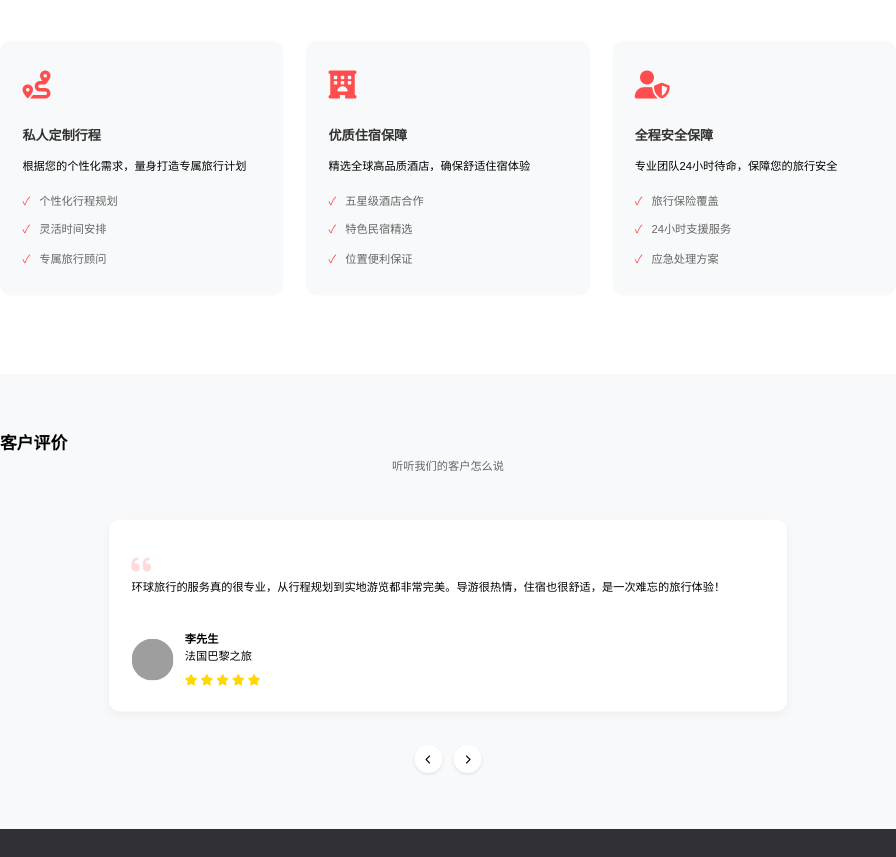
Repository: huang-heavenly-Emperor/travel_1
Page: pages/about.html
An editor plug-in stored every save of this project. The page is shown before and after the next save, followed by the edit.
The browser window is 1280 px wide. The pictures show the part of the page from y = 3726 to 5646 px (the page is 4950 px tall before and 5646 px after), at 70% of full size.
Pictures or frames that could not be fetched are drawn as grey boxes. A picture or video elsewhere on the page could not be fetched, so the positions and the page height are approximate.

Above is the page before, as saved 2024-11-18 02:35:48.

### pages/about.html
<!DOCTYPE html>
<html lang="zh-CN">
<head>
    <meta charset="UTF-8">
    <meta name="viewport" content="width=device-width, initial-scale=1.0">
    <meta name="description" content="环球旅行 - 专业的旅游服务提供商，为您提供全球旅游攻略、行程规划和预订服务">
    <meta name="keywords" content="环球旅行,旅游,旅行社,旅游攻略,旅游预订">
    <meta name="author" content="环球旅行">

    <!-- 网站图标 -->
    <link rel="icon" href="../assets/images/favicon.ico" type="image/x-icon">
    <link rel="shortcut icon" href="../assets/images/favicon.ico" type="image/x-icon">

    <!-- 社交媒体分享信息 -->
    <meta property="og:title" content="关于我们 - 环球旅行">
    <meta property="og:description" content="了解环球旅行的故事和我们的服务理念">
    <meta property="og:image" content="../assets/images/about/share-image.jpg">
    <meta property="og:url" content="https://yourwebsite.com/about">

    <!-- CSS 文件引入 -->
    <link rel="stylesheet" href="../css/style.css">
    <link rel="stylesheet" href="../css/animations.css">
    <link rel="stylesheet" href="../css/responsive.css">
    <link rel="stylesheet" href="../css/about.css">

    <!-- 字体图标 -->
    <link rel="stylesheet" href="https://cdnjs.cloudflare.com/ajax/libs/font-awesome/6.0.0/css/all.min.css">
</head>
<body>
    <!-- 导航栏 -->
    <nav class="main-nav">
        <!-- 与首页相同的导航结构 -->
    </nav>

    <!-- 页面头部 -->
    <header class="about-header">
        <div class="header-content">
            <h1>关于我们</h1>
            <p>探索世界，创造回忆</p>
        </div>
    </header>

    <!-- 公司简介 -->
    <section class="company-intro">
        <div class="container">
            <div class="intro-content">
                <h2>我们的故事</h2>
                <p>环球旅行成立于2010年，致力于为旅行者提供最优质的旅游体验。十余年来，我们始终坚持"让旅行更美好"的理念，服务数十万旅客游览世界各地。</p>
            </div>
            <div class="intro-image">
                <img src="../assets/images/about/company.jpg" alt="公司简介">
            </div>
        </div>
    </section>

    <!-- 核心价值观 -->
    <section class="core-values">
        <div class="container">
            <h2>我们的价值观</h2>
            <div class="values-grid">
                <div class="value-card">
                    <i class="fas fa-heart"></i>
                    <h3>专业服务</h3>
                    <p>提供专业的旅游规划和贴心的服务</p>
                </div>
                <div class="value-card">
                    <i class="fas fa-shield-alt"></i>
                    <h3>安全保障</h3>
                    <p>确保旅客的安全是我们的首要任务</p>
                </div>
                <div class="value-card">
                    <i class="fas fa-star"></i>
                    <h3>品质保证</h3>
                    <p>精选优质旅游路线和住宿服务</p>
                </div>
            </div>
        </div>
    </section>

    <!-- 团队介绍 -->
    <section class="team-section">
        <div class="container">
            <h2>我们的团队</h2>
            <div class="team-grid">
                <div class="team-member">
                    <div class="member-image">
                        <img
                            src="data:[embedded picture, 78 characters]"
                            data-src="../assets/images/team/member1.jpg"
                            alt="张明 - CEO"
                            class="lazy-load"
                        >
                    </div>
                    <div class="member-info">
                        <h3>张明</h3>
                        <p>创始人 & CEO</p>
                    </div>
                </div>
                <!-- 更多团队成员... -->
            </div>
        </div>
    </section>

    <!-- 公司基本信息部分 -->
    <section class="company-info">
        <div class="container">
            <div class="info-grid">
                <div class="info-card">
                    <i class="fas fa-building"></i>
                    <h3>公司规模</h3>
                    <p>员工200+</p>
                    <p>分支机构20+</p>
                </div>
                <div class="info-card">
                    <i class="fas fa-globe"></i>
                    <h3>服务范围</h3>
                    <p>覆盖50+国家</p>
                    <p>200+旅游目的地</p>
                </div>
                <div class="info-card">
                    <i class="fas fa-users"></i>
                    <h3>服务客户</h3>
                    <p>年服务10万+</p>
                    <p>满意度98%</p>
                </div>
                <div class="info-card">
                    <i class="fas fa-award"></i>
                    <h3>荣誉资质</h3>
                    <p>国家级认证</p>
                    <p>行业领先品牌</p>
                </div>
            </div>
        </div>
    </section>

    <!-- 发展历程部分 -->
    <section class="history-timeline">
        <div class="container">
            <h2>发展历程</h2>
            <div class="timeline">
                <div class="timeline-item">
                    <div class="year">2010</div>
                    <div class="content">
                        <h3>公司成立</h3>
                        <p>环球旅行正式成立，开始提供旅游服务</p>
                    </div>
                </div>
                <div class="timeline-item">
                    <div class="year">2015</div>
                    <div class="content">
                        <h3>业务扩展</h3>
                        <p>拓展至20个国家，成为行业领先品牌</p>
                    </div>
                </div>
                <div class="timeline-item">
                    <div class="year">2018</div>
                    <div class="content">
                        <h3>技术创新</h3>
                        <p>推出在线预订平台，提供全方位数字化服务</p>
                    </div>
                </div>
                <div class="timeline-item">
                    <div class="year">2023</div>
                    <div class="content">
                        <h3>全球布局</h3>
                        <p>服务范围扩展至50+国家，年服务客户突破10万</p>
                    </div>
                </div>
            </div>
        </div>
    </section>

    <!-- 服务特色部分 -->
    <section class="service-features">
        <div class="container">
            <h2>我们的服务特色</h2>
            <p class="section-desc">为您提供专业、贴心、全方位的旅行服务</p>

            <div class="features-grid">
                <div class="feature-card">
                    <div class="feature-icon">
                        <i class="fas fa-route"></i>
                    </div>
                    <div class="feature-content">
                        <h3>私人定制行程</h3>
                        <p>根据您的个性化需求，量身打造专属旅行计划</p>
                        <ul class="feature-list">
                            <li>个性化行程规划</li>
                            <li>灵活时间安排</li>
                            <li>专属旅行顾问</li>
                        </ul>
                    </div>
                </div>

                <div class="feature-card">
                    <div class="feature-icon">
                        <i class="fas fa-hotel"></i>
                    </div>
                    <div class="feature-content">
                        <h3>优质住宿保障</h3>
                        <p>精选全球高品质酒店，确保舒适住宿体验</p>
                        <ul class="feature-list">
                            <li>五星级酒店合作</li>
                            <li>特色民宿精选</li>
                            <li>位置便利保证</li>
                        </ul>
                    </div>
                </div>

                <div class="feature-card">
                    <div class="feature-icon">
                        <i class="fas fa-user-shield"></i>
                    </div>
                    <div class="feature-content">
                        <h3>全程安全保障</h3>
                        <p>专业团队24小时待命，保障您的旅行安全</p>
                        <ul class="feature-list">
                            <li>旅行保险覆盖</li>
                            <li>24小时支援服务</li>
                            <li>应急处理方案</li>
                        </ul>
                    </div>
                </div>
            </div>
        </div>
    </section>

    <!-- 客户评价部分 -->
    <section class="testimonials">
        <div class="container">
            <h2>客户评价</h2>
            <p class="section-desc">听听我们的客户怎么说</p>

            <div class="testimonials-slider">
                <div class="testimonial-card">
                    <div class="testimonial-content">
                        <i class="fas fa-quote-left"></i>
                        <p>环球旅行的服务真的很专业，从行程规划到实地游览都非常完美。导游很热情，住宿也很舒适，是一次难忘的旅行体验！</p>
                    </div>
                    <div class="testimonial-author">
                        <img src="../assets/images/testimonials/user1.jpg" alt="李先生">
                        <div class="author-info">
                            <h4>李先生</h4>
                            <p>法国巴黎之旅</p>
                            <div class="rating">
                                <i class="fas fa-star"></i>
                                <i class="fas fa-star"></i>
                                <i class="fas fa-star"></i>
                                <i class="fas fa-star"></i>
                                <i class="fas fa-star"></i>
                            </div>
                        </div>
                    </div>
                </div>

                <!-- 更多评价卡片 -->
            </div>

            <!-- 滑动控制按钮 -->
            <div class="slider-controls">
                <button class="prev-btn"><i class="fas fa-chevron-left"></i></button>
                <button class="next-btn"><i class="fas fa-chevron-right"></i></button>
            </div>
        </div>
    </section>

    <!-- 页脚 -->
    <footer class="footer">
        <!-- 与首页相同的页脚结构 -->
    </footer>
</body>
</html>

### css/style.css
/* 基础样式 */
* {
    margin: 0;
    padding: 0;
    box-sizing: border-box;
}

body {
    font-family: 'Microsoft YaHei', sans-serif;
    line-height: 1.6;
}

/* 导航栏样式 */
.main-nav {
    position: fixed;
    top: 0;
    left: 0;
    width: 100%;
    background: #fff;
    padding: 1rem 5%;
    display: flex;
    justify-content: space-between;
    align-items: center;
    z-index: 1000;
    box-shadow: 0 2px 5px rgba(0,0,0,0.1);
}

.nav-links {
    display: flex;
    list-style: none;
    gap: 2rem;
}

.nav-links a {
    text-decoration: none;
    color: #333;
    font-weight: 500;
    transition: color 0.3s ease;
}

/* 轮播图样式 */
.hero-slider {
    position: relative;
    height: 70vh;
    overflow: hidden;
}

.slide {
    position: relative;
    height: 100%;
}

.slide img {
    width: 100%;
    height: 100%;
    object-fit: cover;
}

/* 特色目的地样式 */
.featured-destinations {
  padding: 4rem 5%;
}

.section-header {
  text-align: center;
  margin-bottom: 3rem;
}

.destination-grid {
  display: grid;
  grid-template-columns: repeat(auto-fit, minmax(280px, 1fr));
  gap: 2rem;
}

.destination-card {
  position: relative;
  border-radius: 8px;
  overflow: hidden;
  box-shadow: 0 2px 15px rgba(0,0,0,0.1);
}

.destination-image {
  position: relative;
  height: 300px;
}

.destination-image img {
  width: 100%;
  height: 100%;
  object-fit: cover;
}

.destination-overlay {
  position: absolute;
  bottom: 0;
  left: 0;
  right: 0;
  background: linear-gradient(transparent, rgba(0,0,0,0.7));
  padding: 1.5rem;
  color: #fff;
  transform: translateY(100%);
  transition: transform 0.3s ease;
}

.destination-card:hover .destination-overlay {
  transform: translateY(0);
}

/* 页脚样式 */
.footer {
    background: #303036;
    color: #d3d3d3;
    padding: 20px 0;
    position: relative;
    bottom: 0;
    width: 100%;
}

.footer-content {
    display: flex;
    justify-content: space-around;
    flex-wrap: wrap;
    padding: 20px;
    gap: 20px;
}

.footer-section {
    flex: 1;
    min-width: 300px;
    padding: 20px;
}

.footer-section h3 {
    color: white;
    margin-bottom: 15px;
    position: relative;
}

.footer-section h3::before {
    content: '';
    position: absolute;
    left: 0;
    bottom: -5px;
    width: 50px;
    height: 2px;
    background: #ff4d4d;
}

.footer-section.about p {
    margin: 15px 0;
}

.socials {
    margin-top: 20px;
}

.socials a {
    display: inline-block;
    width: 35px;
    height: 35px;
    background: #ff4d4d;
    color: white;
    text-align: center;
    line-height: 35px;
    margin-right: 10px;
    border-radius: 5px;
    transition: all 0.3s;
}

.socials a:hover {
    background: #fff;
    color: #ff4d4d;
    transform: translateY(-5px);
}

.footer-section.links ul {
    list-style: none;
}

.footer-section.links ul li {
    margin-bottom: 10px;
}

.footer-section.links ul li a {
    color: #d3d3d3;
    text-decoration: none;
    transition: color 0.3s;
}

.footer-section.links ul li a:hover {
    color: white;
    padding-left: 10px;
}

.footer-section.contact span {
    display: block;
    margin-bottom: 10px;
}

.footer-bottom {
    text-align: center;
    padding: 10px;
    background: #343a40;
    color: #686868;
}

/* 汉堡菜单样式 */
.hamburger {
    display: none;
    cursor: pointer;
    width: 30px;
    height: 20px;
    position: relative;
    z-index: 1001;
}

.hamburger span {
    display: block;
    width: 100%;
    height: 2px;
    background: #333;
    position: absolute;
    transition: all 0.3s ease;
}

.hamburger span:first-child {
    top: 0;
}

.hamburger span:nth-child(2) {
    top: 9px;
}

.hamburger span:last-child {
    top: 18px;
}

/* 汉堡菜单激活状态 */
.hamburger.active span:first-child {
    transform: rotate(45deg);
    top: 9px;
}

.hamburger.active span:nth-child(2) {
    opacity: 0;
}

.hamburger.active span:last-child {
    transform: rotate(-45deg);
    top: 9px;
}

/* 导航菜单样式 */
.nav-menu {
    display: flex;
    align-items: center;
    gap: 2rem;
}

.nav-auth {
    display: flex;
    gap: 1rem;
}

/* 防止菜单打开时背景滚动 */
body.no-scroll {
    overflow: hidden;
}

/* 菜单展开时的遮罩 */
.nav-menu::before {
    content: '';
    position: fixed;
    top: 0;
    left: 0;
    width: 100%;
    height: 100%;
    background: rgba(0, 0, 0, 0.5);
    opacity: 0;
    visibility: hidden;
    transition: 0.3s ease;
}

.nav-menu.active::before {
    opacity: 1;
    visibility: visible;
}

### css/animations.css
/* 导航链接悬停动画 */
.nav-links a:hover {
    color: #007bff;
    transform: translateY(-2px);
}

/* 轮播图动画 */
.fade {
    animation: fadeEffect 1.5s ease-in-out;
}

@keyframes fadeEffect {
    from {
        opacity: 0;
    }
    to {
        opacity: 1;
    }
}

/* 关于页面动画 */
@keyframes fadeInDown {
    from {
        opacity: 0;
        transform: translateY(-30px);
    }
    to {
        opacity: 1;
        transform: translateY(0);
    }
}

@keyframes fadeInUp {
    from {
        opacity: 0;
        transform: translateY(30px);
    }
    to {
        opacity: 1;
        transform: translateY(0);
    }
}

/* 滚动显示动画 */
.scroll-reveal {
    opacity: 0;
    transform: translateY(30px);
    transition: all 0.8s ease;
}

.scroll-reveal.active {
    opacity: 1;
    transform: translateY(0);
}

### css/responsive.css
/* 响应式布局 */
@media screen and (max-width: 768px) {
    .nav-links {
        display: none; /* 移动端菜单将通过JS控制显示 */
    }

    .hero-slider {
        height: 50vh;
    }

    .destination-grid {
        grid-template-columns: repeat(2, 1fr);
    }

    .destination-image {
        height: 250px;
    }
}

@media screen and (max-width: 480px) {
    .nav-auth {
        display: none;
    }

    .hero-slider {
        height: 40vh;
    }

    .destination-grid {
        grid-template-columns: 1fr;
    }

    .destination-image {
        height: 200px;
    }
}

/* 页脚响应式样式 */
@media screen and (max-width: 768px) {
    .footer-content {
        flex-direction: column;
    }

    .footer-section {
        min-width: 100%;
    }

    .footer-section.about {
        text-align: center;
    }

    .footer-section h3::before {
        left: 50%;
        transform: translateX(-50%);
    }
}

/* 移动端导航样式 */
@media screen and (max-width: 768px) {
    .hamburger {
        display: block;
    }

    .nav-menu {
        position: fixed;
        top: 0;
        right: -100%;
        width: 80%;
        height: 100vh;
        background: #fff;
        flex-direction: column;
        padding: 80px 40px;
        transition: 0.3s ease;
    }

    .nav-menu.active {
        right: 0;
    }

    .nav-links {
        flex-direction: column;
        align-items: center;
        width: 100%;
    }

    .nav-links li {
        width: 100%;
        text-align: center;
        padding: 10px 0;
        border-bottom: 1px solid #eee;
    }

    .nav-auth {
        flex-direction: column;
        width: 100%;
        margin-top: 20px;
    }

    .nav-auth a {
        width: 100%;
        text-align: center;
        padding: 10px 0;
    }
}

/* 关于页面响应式样式 */
@media screen and (max-width: 768px) {
    .about-header {
        height: 40vh;
    }

    .header-content h1 {
        font-size: 2rem;
    }

    .company-intro .container {
        flex-direction: column;
        gap: 2rem;
    }

    .intro-content, .intro-image {
        width: 100%;
    }

    .values-grid {
        grid-template-columns: 1fr;
    }

    .team-grid {
        grid-template-columns: repeat(auto-fit, minmax(200px, 1fr));
    }
}

@media screen and (max-width: 480px) {
    .about-header {
        height: 30vh;
    }

    .header-content h1 {
        font-size: 1.5rem;
    }

    .member-image {
        height: 250px;
    }
}

Loaded but not shown: css/about.css (479 lines, source omitted)

After the next save:
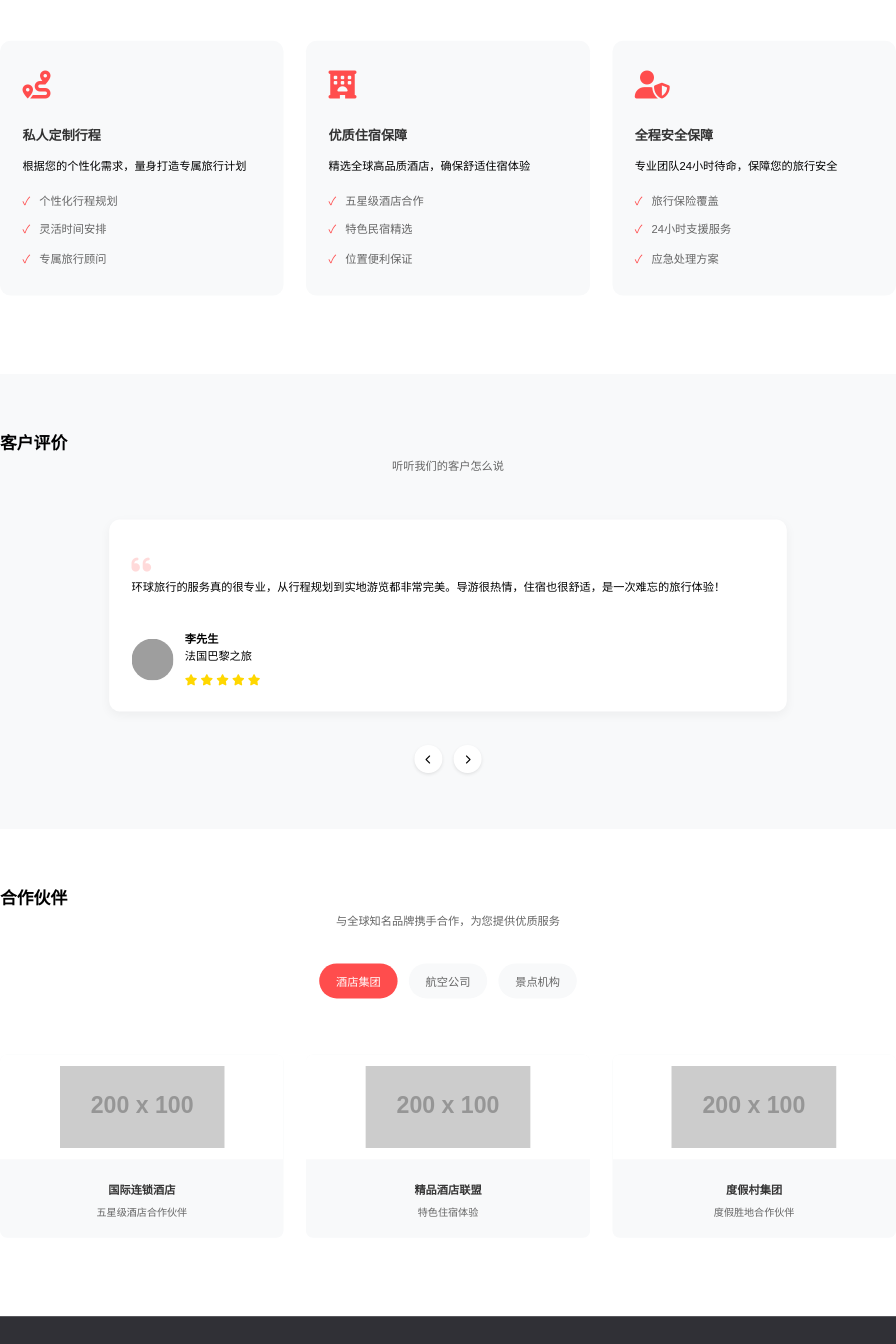
Saved 4 s later.
--- a/pages/about.html
+++ b/pages/about.html
@@ -264,6 +264,96 @@
         </div>
     </section>
 
+    <!-- 合作伙伴部分 -->
+    <section class="partners">
+        <div class="container">
+            <h2>合作伙伴</h2>
+            <p class="section-desc">与全球知名品牌携手合作，为您提供优质服务</p>
+
+            <!-- 合作伙伴分类 -->
+            <div class="partners-tabs">
+                <button class="tab-btn active" data-category="hotels">酒店集团</button>
+                <button class="tab-btn" data-category="airlines">航空公司</button>
+                <button class="tab-btn" data-category="attractions">景点机构</button>
+            </div>
+
+            <!-- 酒店集团 -->
+            <div class="partners-grid active" id="hotels">
+                <div class="partner-card">
+                    <img src="https://via.placeholder.com/200x100?text=Hotel+Group+1" alt="酒店集团1">
+                    <div class="partner-info">
+                        <h4>国际连锁酒店</h4>
+                        <p>五星级酒店合作伙伴</p>
+                    </div>
+                </div>
+                <div class="partner-card">
+                    <img src="https://via.placeholder.com/200x100?text=Hotel+Group+2" alt="酒店集团2">
+                    <div class="partner-info">
+                        <h4>精品酒店联盟</h4>
+                        <p>特色住宿体验</p>
+                    </div>
+                </div>
+                <div class="partner-card">
+                    <img src="https://via.placeholder.com/200x100?text=Hotel+Group+3" alt="酒店集团3">
+                    <div class="partner-info">
+                        <h4>度假村集团</h4>
+                        <p>度假胜地合作伙伴</p>
+                    </div>
+                </div>
+            </div>
+
+            <!-- 航空公司 -->
+            <div class="partners-grid" id="airlines">
+                <div class="partner-card">
+                    <img src="https://via.placeholder.com/200x100?text=Airline+1" alt="航空公司1">
+                    <div class="partner-info">
+                        <h4>国际航空</h4>
+                        <p>全球航线网络</p>
+                    </div>
+                </div>
+                <div class="partner-card">
+                    <img src="https://via.placeholder.com/200x100?text=Airline+2" alt="航空公司2">
+                    <div class="partner-info">
+                        <h4>东方航空</h4>
+                        <p>亚洲航线专家</p>
+                    </div>
+                </div>
+                <div class="partner-card">
+                    <img src="https://via.placeholder.com/200x100?text=Airline+3" alt="航空公司3">
+                    <div class="partner-info">
+                        <h4>南方航空</h4>
+                        <p>区域航线覆盖</p>
+                    </div>
+                </div>
+            </div>
+
+            <!-- 景点机构 -->
+            <div class="partners-grid" id="attractions">
+                <div class="partner-card">
+                    <img src="https://via.placeholder.com/200x100?text=Attraction+1" alt="景点1">
+                    <div class="partner-info">
+                        <h4>世界遗产联盟</h4>
+                        <p>文化遗产合作</p>
+                    </div>
+                </div>
+                <div class="partner-card">
+                    <img src="https://via.placeholder.com/200x100?text=Attraction+2" alt="景点2">
+                    <div class="partner-info">
+                        <h4>主题乐园集团</h4>
+                        <p>娱乐项目合作</p>
+                    </div>
+                </div>
+                <div class="partner-card">
+                    <img src="https://via.placeholder.com/200x100?text=Attraction+3" alt="景点3">
+                    <div class="partner-info">
+                        <h4>自然公园联盟</h4>
+                        <p>自然景观合作</p>
+                    </div>
+                </div>
+            </div>
+        </div>
+    </section>
+
     <!-- 页脚 -->
     <footer class="footer">
         <!-- 与首页相同的页脚结构 -->
